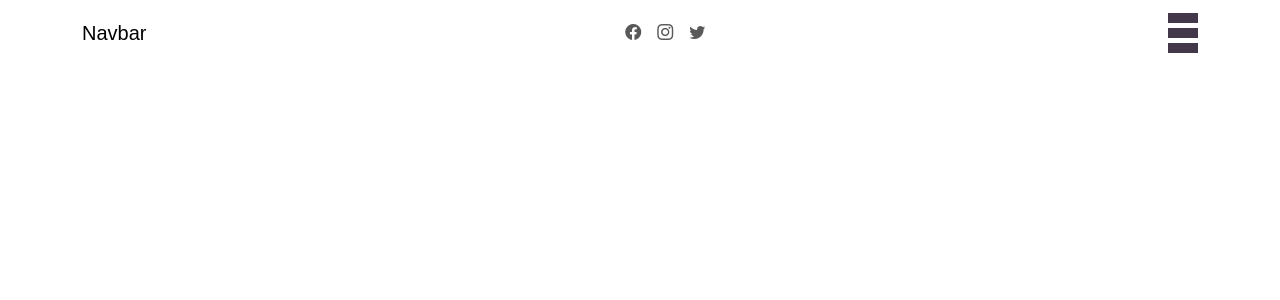
Repository: tagnam/project27012025
Page: index.html
The author's editor kept a copy of each file at every save. The page is drawn from the files as they stood at one save, then again after a run of saves.
The browser window is 1280 px wide. The pictures show the whole page.

Above is the page before, as saved 2025-01-27 13:39:00.

### index.html
<!DOCTYPE html>
<html lang="en">
<head>
    <meta charset="UTF-8">
    <meta name="viewport" content="width=device-width, initial-scale=1.0">
    <link href="https://cdn.jsdelivr.net/npm/bootstrap@5.3.3/dist/css/bootstrap.min.css" rel="stylesheet" integrity="sha384-QWTKZyjpPEjISv5WaRU9OFeRpok6YctnYmDr5pNlyT2bRjXh0JMhjY6hW+ALEwIH" crossorigin="anonymous">
    <link rel="stylesheet" href="style/css/index.css">
    <link rel="stylesheet" href="style/css/animation.css">
    <link rel="stylesheet" href="style/css/responsive.css">
    <title>project27012025</title>
</head>
<body>
<header>
    <nav class="navbar navbar-expand-lg ">
        <div class="container">


          <div class="collapse navbar-collapse justify-content-between" id="navbarSupportedContent">
            <a class="navbar-brand" href="#">Navbar</a>
            <ul class="navbar-nav  ">

              <li class="nav-item">
                <a class="nav-link" href="#"><i class="bi bi-facebook"></i></a>
              </li>
              <li class="nav-item">
                <a class="nav-link" href="#"><i class="bi bi-instagram"></i></a>
              </li>
              <li class="nav-item">
                <a class="nav-link" href="#"><i class="bi bi-twitter"></i></a>
              </li>

            </ul>
            <div class="d-flex">
               <div class="menu-container">
                <span class="span-menu-01 menu-icon"></span>
                <span class="span-menu-02 menu-icon"></span>
                <span class="span-menu-03 menu-icon"></span>
            </div>
            </div>
          </div>
        </div>
      </nav>
</header>




<script src="https://cdn.jsdelivr.net/npm/bootstrap@5.3.3/dist/js/bootstrap.bundle.min.js" integrity="sha384-YvpcrYf0tY3lHB60NNkmXc5s9fDVZLESaAA55NDzOxhy9GkcIdslK1eN7N6jIeHz" crossorigin="anonymous"></script>
<script src="style/js/custom.js"></script>
</body>
</html>

### style/css/index.css
@import url("https://cdn.jsdelivr.net/npm/bootstrap-icons@1.11.3/font/bootstrap-icons.min.css");

*{
 margin: 0;
padding: 0;
box-sizing: border-box;
}

:root{
    --dark-color:#423849;
    --semi-dark-color:#b46ee0;
    --light-color:#d287d4;
    --main-heading-font-size: 2.5rem;
    --subheading-font-size: 1.5rem;
    --paragraph-font-size: 1rem;

}


body{
    font-family: 'Poppins', sans-serif;


}

.menu-icon{
    display: block;
    width: 30px;
    height: 10px;
    background-color: var(--dark-color);
    margin: 5px auto;
}

Loaded but not shown: style/js/custom.js (no copy from this time; the picture is the same without it); style/css/animation.css (no stored copy; drawn as an empty file); style/css/responsive.css (no stored copy; drawn as an empty file)

After the next 3 saves:
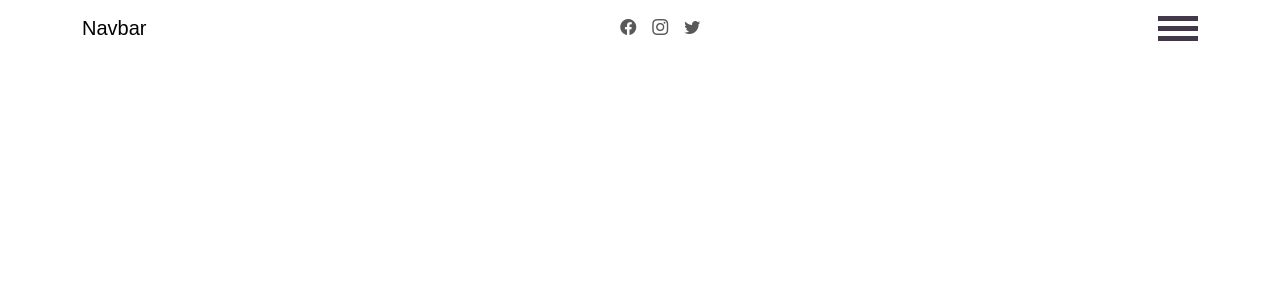
The 3 saves are shown as one change because they came seconds apart.
The last was saved 13 s later.
--- a/style/css/index.css
+++ b/style/css/index.css
@@ -25,8 +25,8 @@ body{
 
 .menu-icon{
     display: block;
-    width: 30px;
-    height: 10px;
+    width: 40px;
+    height: 5px;
     background-color: var(--dark-color);
     margin: 5px auto;
 }
